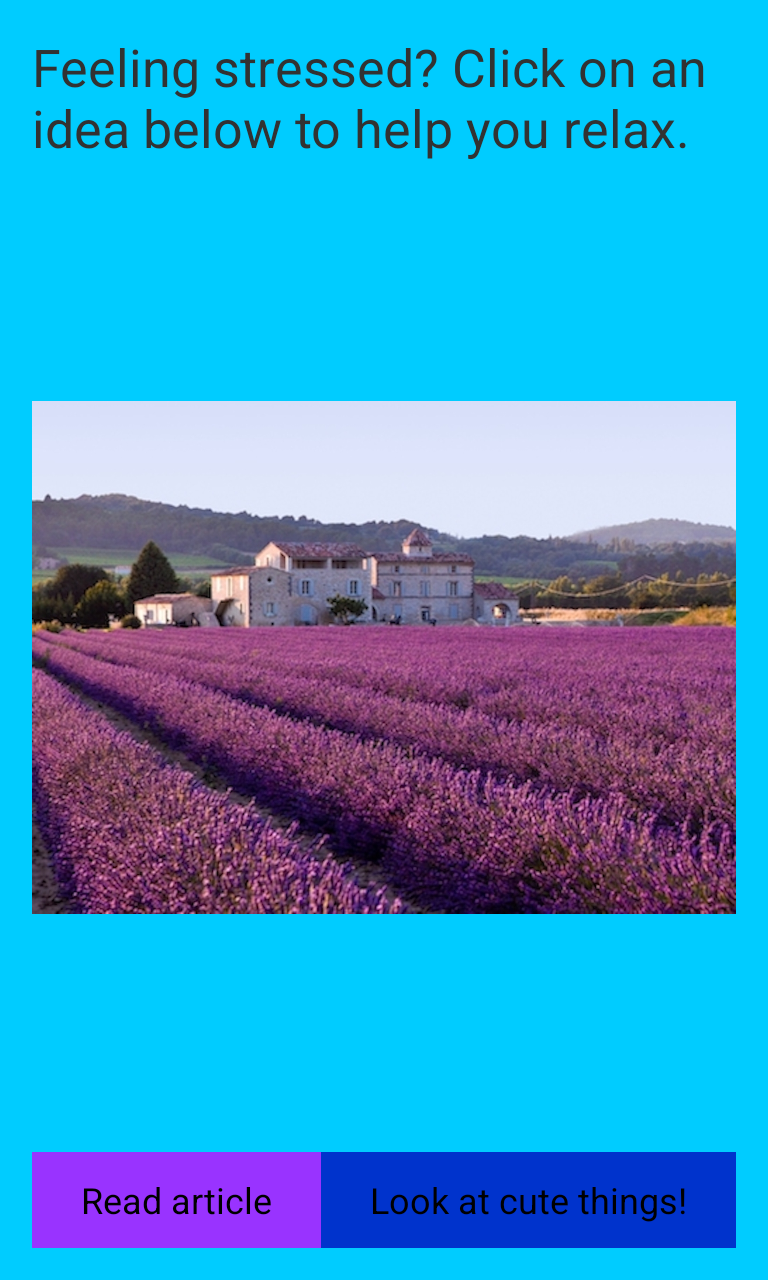
Repository: LSummers33/Apps101
Layout: Self-Care/res/layout/activity_main.xml
The author's editor kept a copy of each file at every save. The layout is drawn from the files as they stood at one save, then again after the next save.
It is drawn on a 768 x 1280 px phone screen (xhdpi) without system bars, with theme AppTheme; the app's code is not run.

Above is the layout before, as saved 2014-01-26 21:46:00.

After the next save:
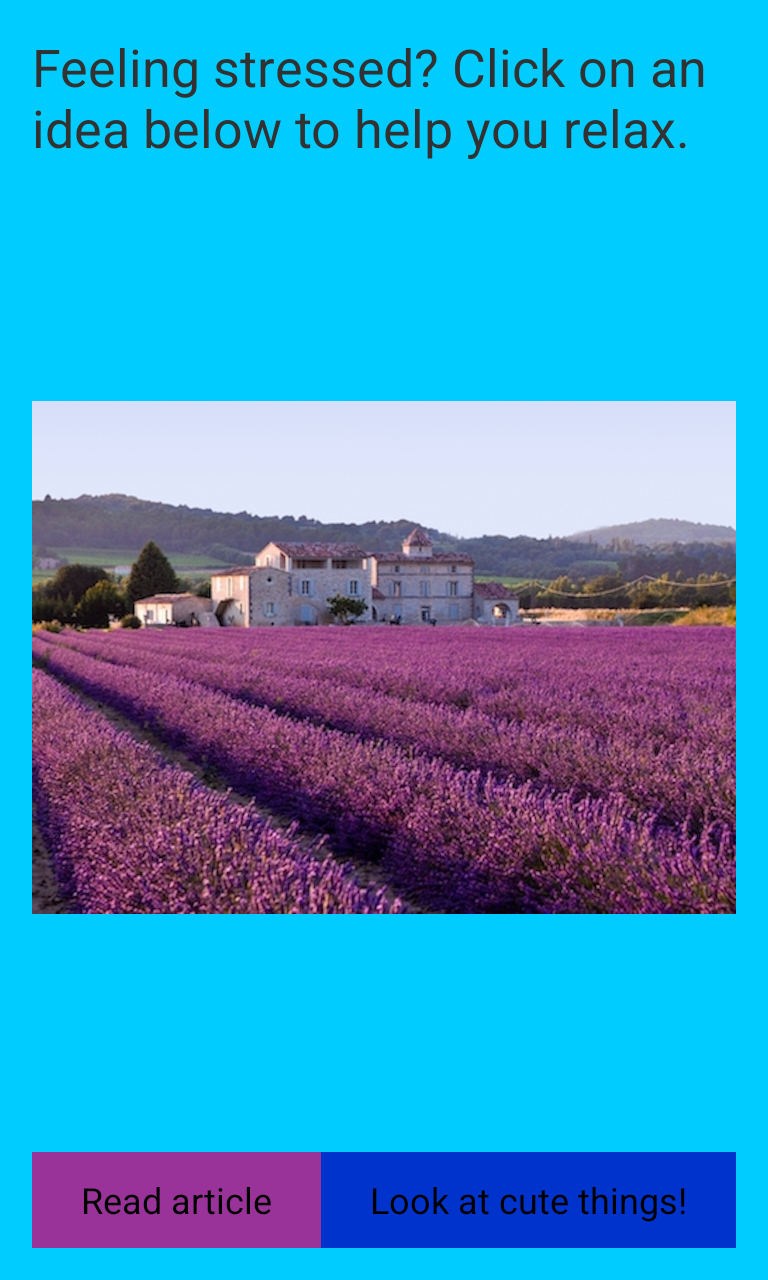
Saved 34 s later.
--- a/Self-Care/res/layout/activity_main.xml
+++ b/Self-Care/res/layout/activity_main.xml
@@ -37,7 +37,7 @@
         android:layout_width="wrap_content"
         android:layout_height="wrap_content"
         android:layout_weight="1"
-        android:background="#9933FF"
+        android:background="#993399"
         android:onClick="read_article"
         android:text="@string/button1" />
 
